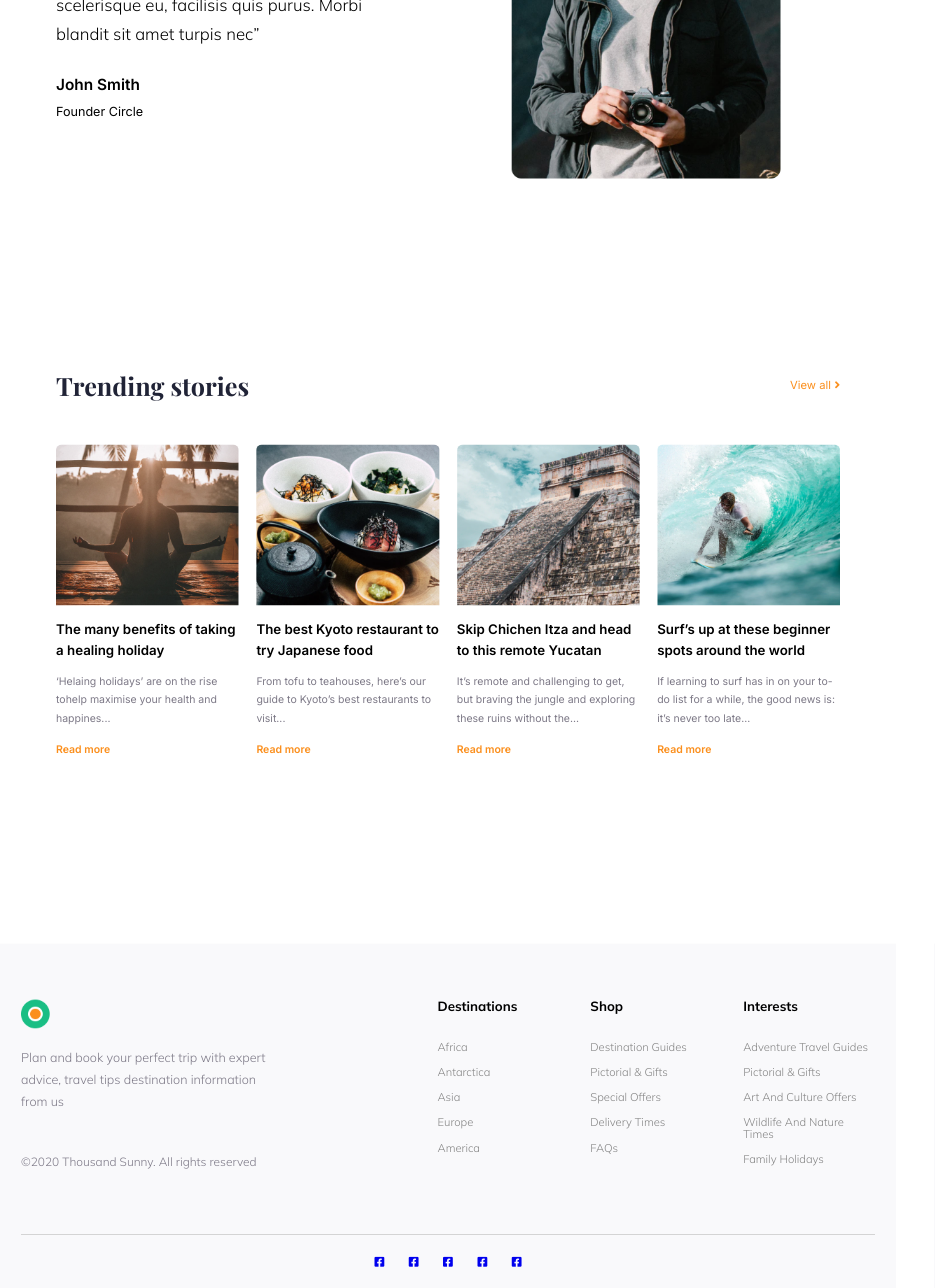
Repository: long5122000/sunny
Page: index.html
The author's editor kept a copy of each file at every save. The page is drawn from the files as they stood at one save, then again after the next save.
The browser window is 1280 px wide. The page is 1335 px wide, so the pictures cover 1335 px, including what lies to the right of the window. The pictures show the part of the page from y = 3730 to 5570 px (the page is 5570 px tall before and 5562 px after), at 70% of full size.
The style sheet was rebuilt from its Sass, Less or Tailwind sources for each picture, by a compiler version that may differ from the author's.

Above is the page before, as saved 2021-11-25 14:45:07.

### index.html
<!DOCTYPE html>
<html lang="en">
  <head>
    <meta charset="UTF-8" />
    <meta http-equiv="X-UA-Compatible" content="IE=edge" />
    <meta name="viewport" content="width=device-width, initial-scale=1.0" />
    <title>Thousand Sunny</title>
    <link rel="preconnect" href="https://fonts.googleapis.com" />
    <link rel="preconnect" href="https://fonts.gstatic.com" crossorigin />
    <link
      href="https://fonts.googleapis.com/css2?family=Inter:wght@400;500;600&family=Mulish:wght@300;700&family=Playfair+Display:wght@700&display=swap"
      rel="stylesheet"
    />
    <link
      rel="stylesheet"
      href="https://use.fontawesome.com/releases/v5.15.4/css/all.css"
      integrity="sha384-DyZ88mC6Up2uqS4h/KRgHuoeGwBcD4Ng9SiP4dIRy0EXTlnuz47vAwmeGwVChigm"
      crossorigin="anonymous"
    />
    <link rel="stylesheet" href="./css/app.css" />
  </head>
  <body>
    <div class="wrapper">
      <header class="header">
        <div class="container">
          <div class="header-main">
            <img srcset="./images/logo.png 2x" alt="" />
            <ul class="menu">
              <li class="menu-item">
                <a href="#" class="menu-link">Home</a>
              </li>
              <li class="menu-item">
                <a href="#" class="menu-link">Destinations</a>
              </li>
              <li class="menu-item">
                <a href="#" class="menu-link">About</a>
              </li>
              <li class="menu-item">
                <a href="#" class="menu-link">Partner</a>
              </li>
              <li class="menu-item">
                <a href="#" class="btn btn--secondary">Login</a>
              </li>
              <li class="menu-item">
                <a href="#" class="btn btn--primary">Register</a>
              </li>
            </ul>
          </div>
        </div>
      </header>
      <main>
        <section class="hero">
          <div class="container">
            <div class="hero-main">
              <div class="hero-content">
                <h1 class="heading hero-heading">Explore and Travel</h1>
                <div class="hero-caption">Holiday finder</div>
                <div class="hero-form">
                  <div class="dropdown">
                    <div class="dropdown-select">
                      <span class="dropdown-value">Location</span>
                      <i class="fas fa-angle-down"></i>
                    </div>
                    <div class="dropdown-list">
                      <div class="dropdown-item">title</div>
                      <div class="dropdown-item">title</div>
                      <div class="dropdown-item">title</div>
                    </div>
                  </div>
                  <div class="dropdown">
                    <div class="dropdown-select">
                      <span class="dropdown-value">Activity</span>
                      <i class="fas fa-angle-down"></i>
                    </div>
                    <div class="dropdown-list">
                      <div class="dropdown-item">title</div>
                      <div class="dropdown-item">title</div>
                      <div class="dropdown-item">title</div>
                    </div>
                  </div>
                  <div class="dropdown">
                    <div class="dropdown-select">
                      <span class="dropdown-value">Grade</span>
                      <i class="fas fa-angle-down"></i>
                    </div>
                    <div class="dropdown-list">
                      <div class="dropdown-item">title</div>
                      <div class="dropdown-item">title</div>
                      <div class="dropdown-item">title</div>
                    </div>
                  </div>
                  <div class="dropdown">
                    <div class="dropdown-select">
                      <span class="dropdown-value">Date</span>
                      <i class="fas fa-angle-down"></i>
                    </div>
                    <div class="dropdown-list">
                      <div class="dropdown-item">title</div>
                      <div class="dropdown-item">title</div>
                      <div class="dropdown-item">title</div>
                    </div>
                  </div>
                </div>
                <a href="#!" class="btn btn--primary">Explore</a>
              </div>
              <div class="hero-image">
                <img srcset="./images/img1.png 2x" alt="" />
              </div>
            </div>
          </div>
        </section>
        <section class="explore">
          <div class="container">
            <div class="explore-main">
              <div class="explore-image">
                <img srcset="./images/img2.png 2x" alt="" />
              </div>
              <div class="explore-content">
                <h2 class="heading explore-heading heading--small">
                  A new way to explore the world
                </h2>
                <p class="text explore-desc">
                  For decades travellers have reached for Lonely Planet books
                  when looking to plan and execute their perfect trip, but now,
                  they can also let Lonely Planet Experiences lead the way
                </p>
                <div class="btn btn--primary" href="!#">Learn More</div>
              </div>
            </div>
          </div>
        </section>
        <section class="destination">
          <div class="container">
            <div class="destination-header">
              <h2 class="heading heading--small">Featured destinations</h2>
              <a href="#!" class="viewall">
                <span>View all</span>
                <i class="fas fa-angle-right"></i>
              </a>
            </div>
            <div class="destination-list">
              <div class="destination-item">
                <div class="destination-image">
                  <img srcset="./images/destination1.png 2x" alt="" />
                </div>
                <div class="destination-content">
                  <h3 class="destination-name">Raja Ampat</h3>
                  <span class="destination-country">Indonesia</span>
                </div>
              </div>
              <div class="destination-item">
                <div class="destination-image">
                  <img srcset="./images/destination2.png 2x" alt="" />
                </div>
                <div class="destination-content">
                  <h3 class="destination-name">Fanjingshan</h3>
                  <span class="destination-country">China</span>
                </div>
              </div>
              <div class="destination-item">
                <div class="destination-image">
                  <img srcset="./images/destination3.png 2x" alt="" />
                </div>
                <div class="destination-content">
                  <h3 class="destination-name">Vevey</h3>
                  <span class="destination-country">Switzerland</span>
                </div>
              </div>
              <div class="destination-item">
                <div class="destination-image">
                  <img srcset="./images/destination4.png 2x" alt="" />
                </div>
                <div class="destination-content">
                  <h3 class="destination-name">Skadar</h3>
                  <span class="destination-country">Montenegro</span>
                </div>
              </div>
            </div>
          </div>
        </section>
        <section class="guides">
          <div class="container">
            <div class="guides-main">
              <div class="guides-content">
                <h2 class="heading guides-heading heading--small">
                  Guides by Thousand Sunny
                </h2>
                <div class="text guides-desc">
                  Packed with tips and advice from our on-the-ground experts,
                  our city guides app (iOS and Android) is the ultimate resource
                  before and during a trip.
                </div>
                <a href="#!" class="btn btn--primary">Download</a>
              </div>
              <div class="guides-image">
                <img srcset="./images/img3.png 2x" alt="" />
              </div>
            </div>
          </div>
        </section>
        <section class="testimonial">
          <div class="container">
            <div class="testimonial-main">
              <h2 class="heading heading--small testimonial-heading">
                Testimonials
              </h2>
              <div class="testimonial-container">
                <div class="testimonial-content">
                  <div class="testimonial-rating">
                    <i class="fa fa-star"></i>
                    <i class="fa fa-star"></i>
                    <i class="fa fa-star"></i>
                    <i class="fa fa-star"></i>
                    <i class="fa fa-star"></i>
                  </div>
                  <div class="testimonial-desc text">
                    “Quisque in lacus a urna fermentum euismod. Integer mi nibh,
                    dapibus ac scelerisque eu, facilisis quis purus. Morbi
                    blandit sit amet turpis nec”
                  </div>
                  <div class="testimonial-author">
                    <h3 class="testimonial-name">John Smith</h3>
                    <span class="testimonial-job">Founder Circle</span>
                  </div>
                </div>
                <div class="testimonial-image">
                  <img srcset="./images/testimonial.png 2x" alt="" />
                </div>
              </div>
            </div>
          </div>
        </section>
        <section class="story">
          <div class="container">
            <div class="story-header">
              <h2 class="heading heading--small story-heading">
                Trending stories
              </h2>
              <a href="#!" class="viewall">
                <span>View all</span>
                <i class="fas fa-angle-right"></i>
              </a>
            </div>
            <div class="story-list">
              <div class="story-item">
                <div class="story-image">
                  <img srcset="./images/story1.png 2x" alt="" />
                </div>
                <div class="story-content">
                  <h3 class="story-title">
                    The many benefits of taking a healing holiday
                  </h3>
                  <p class="story-desc">
                    ‘Helaing holidays’ are on the rise tohelp maximise your
                    health and happines...
                  </p>
                  <a href="#!" class="story-more">Read more</a>
                </div>
              </div>
              <div class="story-item">
                <div class="story-image">
                  <img srcset="./images/story2.png 2x" alt="" />
                </div>
                <div class="story-content">
                  <h3 class="story-title">
                    The best Kyoto restaurant to try Japanese food
                  </h3>
                  <p class="story-desc">
                    From tofu to teahouses, here’s our guide to Kyoto’s best
                    restaurants to visit...
                  </p>
                  <a href="#!" class="story-more">Read more</a>
                </div>
              </div>
              <div class="story-item">
                <div class="story-image">
                  <img srcset="./images/story3.png 2x" alt="" />
                </div>
                <div class="story-content">
                  <h3 class="story-title">
                    Skip Chichen Itza and head to this remote Yucatan
                  </h3>
                  <p class="story-desc">
                    It’s remote and challenging to get, but braving the jungle
                    and exploring these ruins without the...
                  </p>
                  <a href="#!" class="story-more">Read more</a>
                </div>
              </div>
              <div class="story-item">
                <div class="story-image">
                  <img srcset="./images/story4.png 2x" alt="" />
                </div>
                <div class="story-content">
                  <h3 class="story-title">
                    Surf’s up at these beginner spots around the world
                  </h3>
                  <p class="story-desc">
                    If learning to surf has in on your to- do list for a while,
                    the good news is: it’s never too late...
                  </p>
                  <a href="#!" class="story-more">Read more</a>
                </div>
              </div>
            </div>
          </div>
        </section>
      </main>
      <div class="footer">
        <div class="container">
          <div class="footer-top">
            <div class="footer-column">
              <img srcset="./images/logo.png 2x" alt="" class="footer-logo" />
              <p class="text footer-desc">
                Plan and book your perfect trip with expert advice, travel tips
                destination information from us
              </p>
              <p class="text copyright">
                ©2020 Thousand Sunny. All rights reserved
              </p>
            </div>
            <div class="footer-column">
              <h3 class="footer-title">Destinations</h3>
              <ul class="footer-links">
                <li class="footer-item">
                  <a href="#!" class="footer-link">Africa</a>
                </li>
                <li class="footer-item">
                  <a href="#!" class="footer-link">Antarctica</a>
                </li>
                <li class="footer-item">
                  <a href="#!" class="footer-link">Asia</a>
                </li>
                <li class="footer-item">
                  <a href="#!" class="footer-link">Europe</a>
                </li>
                <li class="footer-item">
                  <a href="#!" class="footer-link">America</a>
                </li>
              </ul>
            </div>
            <div class="footer-column">
              <h3 class="footer-title">Shop</h3>
              <ul class="footer-links">
                <li class="footer-item">
                  <a href="#!" class="footer-link">Destination Guides</a>
                </li>
                <li class="footer-item">
                  <a href="#!" class="footer-link">Pictorial & Gifts</a>
                </li>
                <li class="footer-item">
                  <a href="#!" class="footer-link">Special Offers</a>
                </li>
                <li class="footer-item">
                  <a href="#!" class="footer-link">Delivery Times</a>
                </li>
                <li class="footer-item">
                  <a href="#!" class="footer-link">FAQs</a>
                </li>
              </ul>
            </div>
            <div class="footer-column">
              <h3 class="footer-title">Interests</h3>
              <ul class="footer-links">
                <li class="footer-item">
                  <a href="#!" class="footer-link">Adventure Travel Guides</a>
                </li>
                <li class="footer-item">
                  <a href="#!" class="footer-link">Pictorial & Gifts</a>
                </li>
                <li class="footer-item">
                  <a href="#!" class="footer-link">Art And Culture Offers</a>
                </li>
                <li class="footer-item">
                  <a href="#!" class="footer-link">Wildlife And Nature Times</a>
                </li>
                <li class="footer-item">
                  <a href="#!" class="footer-link">Family Holidays</a>
                </li>
              </ul>
            </div>
          </div>
          <div class="footer-bottom">
            <a href="#!" class="footer-social">
              <i class="fab fa-facebook-square"></i>
            </a>
            <a href="#!" class="footer-social">
              <i class="fab fa-facebook-square"></i>
            </a>
            <a href="#!" class="footer-social">
              <i class="fab fa-facebook-square"></i>
            </a>
            <a href="#!" class="footer-social">
              <i class="fab fa-facebook-square"></i>
            </a>
            <a href="#!" class="footer-social">
              <i class="fab fa-facebook-square"></i>
            </a>
          </div>
        </div>
      </div>
    </div>
    <script src="scripts/app.js"></script>
  </body>
</html>

### sass/app.scss
@import "reset";
@import "variables";
@import "global";
@import "typography";
@import "header";
@import "menu";
@import "hero";
@import "explore";
@import "destination";
@import "guides";
@import "testimonial";
@import "story";
@import "footer";

### sass/_variables.scss
$primary-font: "Inter", sans-serif;
$secondary-font: "Playfair Display", serif;
$third-font: "Mulish", sans-serif;
$gray: #b8becd;
$gray-dark: #afb0b9;
$gray-darker: #7d7987;
$gray-darkest: #202336;
$primary-color: #fb8f1d;
$gray-blur: #80918e;
$gray-lighter: #f9f9fb;

### sass/_typography.scss
body {
  font-family: $primary-font;
  font-size: 16px;
  line-height: 1;
  color: $gray;
}
.heading {
  font-family: $secondary-font;
  color: $gray-darkest;
  &--small {
    line-height: 139%;
    font-size: 36px;
  }
}
.text {
  font-weight: 300;
  line-height: 176%;
  font-size: 17px;
  color: $gray-darker;
  font-family: $third-font;
}

### sass/_header.scss
.header {
  padding-top: 45px;
  padding-bottom: 70px;
  &-main {
    display: flex;
    justify-content: space-between;
    align-items: center;
  }
}

### sass/_menu.scss
.menu {
  display: flex;
  align-items: center;
  gap: 0 35px;
  &-link {
    color: inherit;
  }
}

### sass/_hero.scss
.hero {
  margin-bottom: 270px;
  &-main {
    display: flex;
    justify-content: space-between;
    align-items: center;
  }
  &-heading {
    font-size: 64px;
    line-height: 125%;
    margin-bottom: 74px;
  }
  &-caption {
    font-size: 22px;
    font-weight: 600;
    margin-bottom: 48px;
    padding-bottom: 20px;
    display: inline-block;
    position: relative;
    color: $gray-darkest;
    &:before {
      content: "";
      position: absolute;
      bottom: 0;
      left: 0;
      width: 32px;
      height: 2px;
      background-color: $gray-darkest;
    }
  }
  &-content {
    width: 100%;
    max-width: 470px;
  }
  &-image {
    transform: translateX(85px);
  }
  &-form {
    margin-bottom: 50px;
    display: grid;
    grid-template-columns: 1fr 1fr;
    grid-gap: 30px;
  }
}

### sass/_explore.scss
.explore {
  margin-bottom: 292px;
  &-main {
    display: flex;
    justify-content: space-between;
    align-items: center;
    gap: 0 50px;
  }
  &-content {
    max-width: 508px;
    padding-right: 58px;
  }
  &-image {
    transform: translateX(-50px);
  }
  &-heading {
    margin-bottom: 20px;
  }
  &-desc {
    margin-bottom: 33px;
  }
}

### sass/_destination.scss
.destination {
  margin-bottom: 232px;

  &-header {
    display: flex;
    justify-content: space-between;
    align-items: center;
    margin-bottom: 56px;
    padding-left: 50px;
    padding-right: 50px;
  }
  &-list {
    padding-left: 50px;
    padding-right: 50px;
    display: grid;
    grid-template-columns: repeat(4, 1fr);
    grid-gap: 25px;
  }

  &-item {
    height: 337px;
    position: relative;
  }
  &-image {
    width: 100%;
    height: 100%;
  }
  &-image img {
    border-radius: 8px;
    height: 100%;
    width: 100%;
    object-fit: cover;
  }
  &-content {
    position: absolute;
    bottom: 0;
    left: 0;
    z-index: 2;
    background: #ffffff;
    border-radius: 0px 6px 0px 0px;
    padding: 11px 32px 11px 0;
  }
  &-name {
    font-size: 17px;
    font-weight: 600;
    color: $gray-darkest;
    margin-bottom: 10px;
  }
  &-country {
    font-weight: 500;
    font-size: 15px;
    color: $gray-blur;
  }
}

### sass/_guides.scss
.guides {
  margin-bottom: 250px;
  &-main {
    display: flex;
    justify-content: space-between;
    align-items: center;
    gap: 0 80px;
  }
  &-content {
    max-width: 450px;
    width: 100%;
    transform: translateX(50px);
  }
  &-image {
    padding-right: 40px;
  }
  &-heading {
    margin-bottom: 20px;
  }
  &-desc {
    margin-bottom: 33px;
  }
}

### sass/_testimonial.scss
.testimonial {
  margin-bottom: 270px;
  &-heading {
    margin-bottom: 60px;
  }
  &-main {
    max-width: 1085px;
    padding-left: 50px;
    position: relative;
  }
  &-container {
    display: flex;
    justify-content: space-between;
    align-items: center;
  }
  &-content {
    max-width: 450px;
  }
  &-rating {
    font-size: 20px;
    display: flex;
    align-items: center;
    gap: 15px;
    margin-bottom: 30px;
    color: #ffbb0c;
  }
  &-desc {
    color: #000;
    margin-bottom: 40px;
    font-size: 24px;
    font-weight: 400;
  }
  &-name {
    font-size: 22px;
    font-weight: bold;
    color: #000;
    margin-bottom: 20px;
  }
  &-job {
    font-size: 18px;
    color: #000;
  }
}

### sass/_story.scss
.story {
  margin-bottom: 270px;
  &-header {
    display: flex;
    justify-content: space-between;
    align-items: center;
    margin-bottom: 60px;
    padding: 0 50px;
  }
  &-list {
    display: grid;
    grid-template-columns: repeat(4, 1fr);
    grid-gap: 25px;
    padding: 0 50px;
  }
  &-image {
    height: 230px;
    margin-bottom: 20px;
    img {
      width: 100%;
      height: 100%;
      object-fit: cover;
      border-radius: 8px 8px 0 0;
      object-position: top;
    }
  }
  &-title {
    font-size: 19px;
    color: #000;
    margin-bottom: 15px;
    line-height: 158%;
  }
  &-desc {
    margin-bottom: 23px;
    line-height: 175%;
    font-size: 15px;
    color: $gray-darker;
  }
  &-more {
    font-size: 15px;
    font-weight: 600;
    color: $primary-color;
  }
}

### sass/_footer.scss
.footer {
  background-color: $gray-lighter;
  padding-top: 80px;
  font-family: $third-font;
  &-top {
    display: grid;
    grid-template-columns: 3fr repeat(3, 1fr);
    grid-gap: 30px 30px;
    padding-bottom: 80px;
    border-bottom: 1px solid #c4c4c4;
  }
  &-bottom {
    display: flex;
    justify-content: center;
    align-items: center;
    padding: 30px 0;
    gap: 0 35px;
  }
  &-logo {
    margin-bottom: 26px;
  }
  &-desc {
    margin-bottom: 55px;
    font-size: 18px;
    max-width: 355px;
  }
  &-copyright {
    font-size: 17px;
  }
  &-title {
    color: #000;
    font-size: 19px;
    margin-bottom: 40px;
    font-weight: bold;
  }
  &-item {
    margin-bottom: 20px;
  }

  &-link {
    color: #848484;
  }
}

Loaded but not shown: sass/_reset.scss (common file); sass/_global.scss (57 lines, source omitted); scripts/app.js (no stored copy; drawn as an empty file)

After the next save:
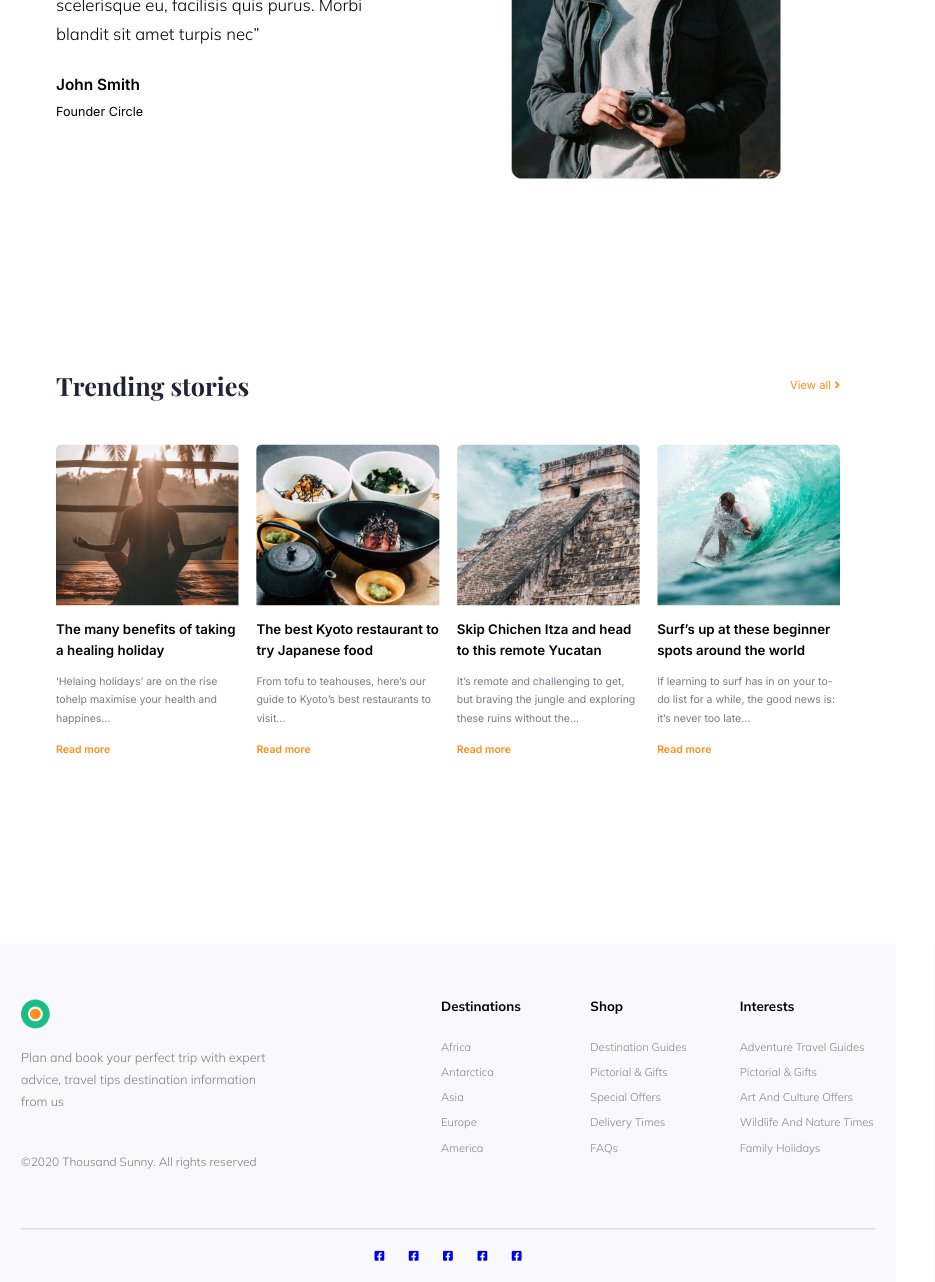
Saved 6 s later.
--- a/sass/_footer.scss
+++ b/sass/_footer.scss
@@ -5,7 +5,7 @@
   &-top {
     display: grid;
     grid-template-columns: 3fr repeat(3, 1fr);
-    grid-gap: 30px 30px;
+    grid-gap: 30px 20px;
     padding-bottom: 80px;
     border-bottom: 1px solid #c4c4c4;
   }
